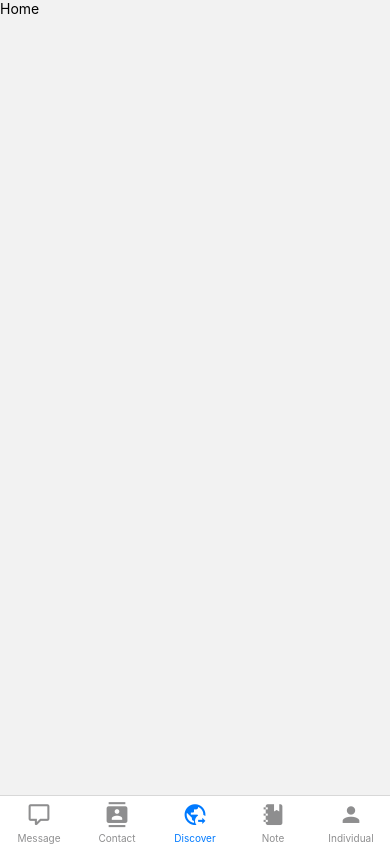
Repository: dinhtq-47/react-native
Screen: /Discover
An editor plug-in stored every save of this project. The screen is shown before and after the next save, followed by the edit.
The app was drawn by React Native's web renderer in a window 390 px wide. The project was rebuilt for these pictures with package versions that can differ from the ones it lists, and the page was loaded fresh each time. Also part of the build but not shown: screens/Contact.js, screens/Note.js, screens/Individual.js.

Above is the screen before, as saved 2022-02-16 18:22:14.

After the next save:
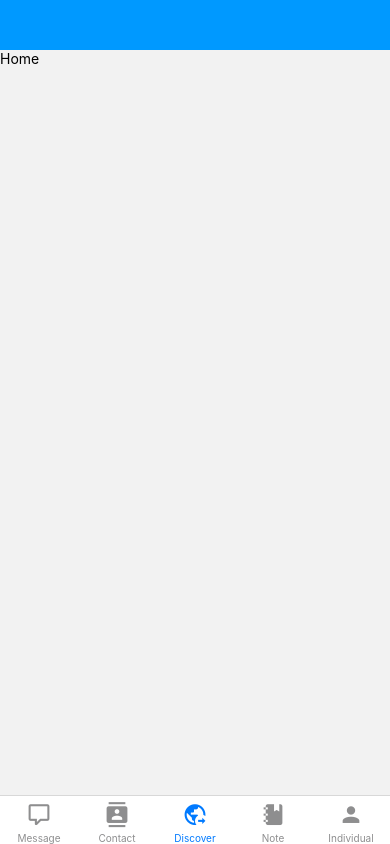
Saved 4 s later.
--- a/screens/Discover.js
+++ b/screens/Discover.js
@@ -20,6 +20,10 @@ const styles = StyleSheet.create({
     width: "100%",
     height: "100%",
   },
+  StatusBar: {
+    height: 50,
+    backgroundColor: "#0099FF",
+  },
 });
 
 export default Home;
